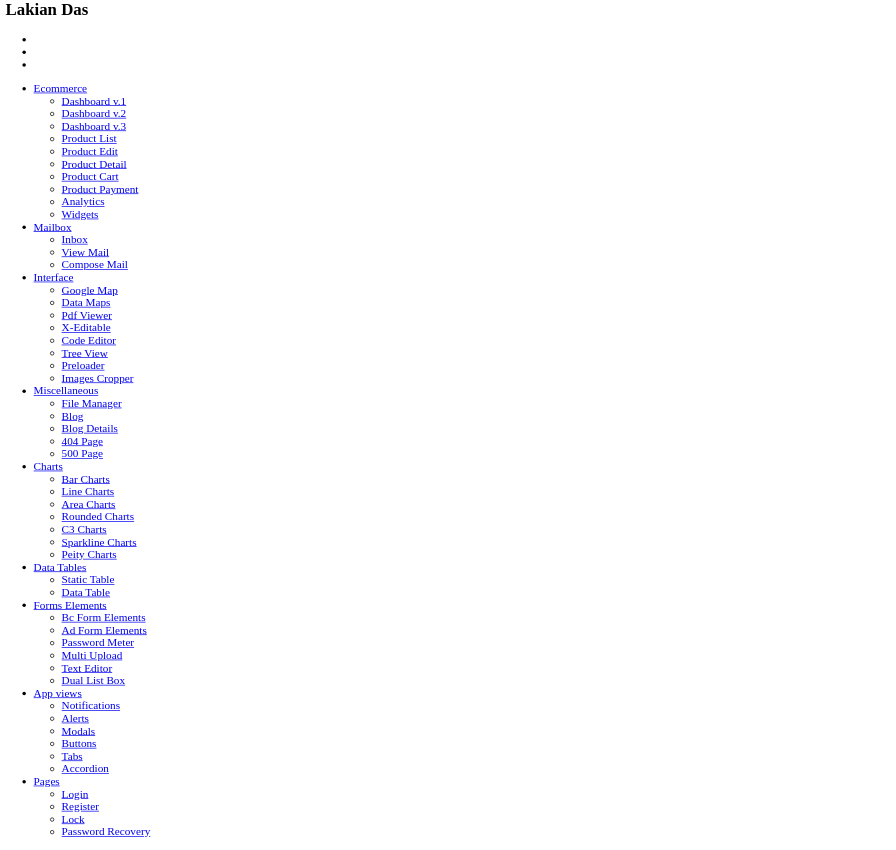
Repository: YJ-S2/2019-FaceAPI
Page: test1-master/web/123/WebContent/ex.html
An editor plug-in stored every save of this project. The page is shown before and after the next save, followed by the edit.
The browser window is 1280 px wide. The pictures show the part of the page from y = 395 to 2295 px (the page is 1609 px tall before and 3250 px after), at 70% of full size.
A picture or video elsewhere on the page could not be fetched, so the positions and the page height are approximate.

Above is the page before, as saved 2019-08-07 02:27:54.

After the next save:
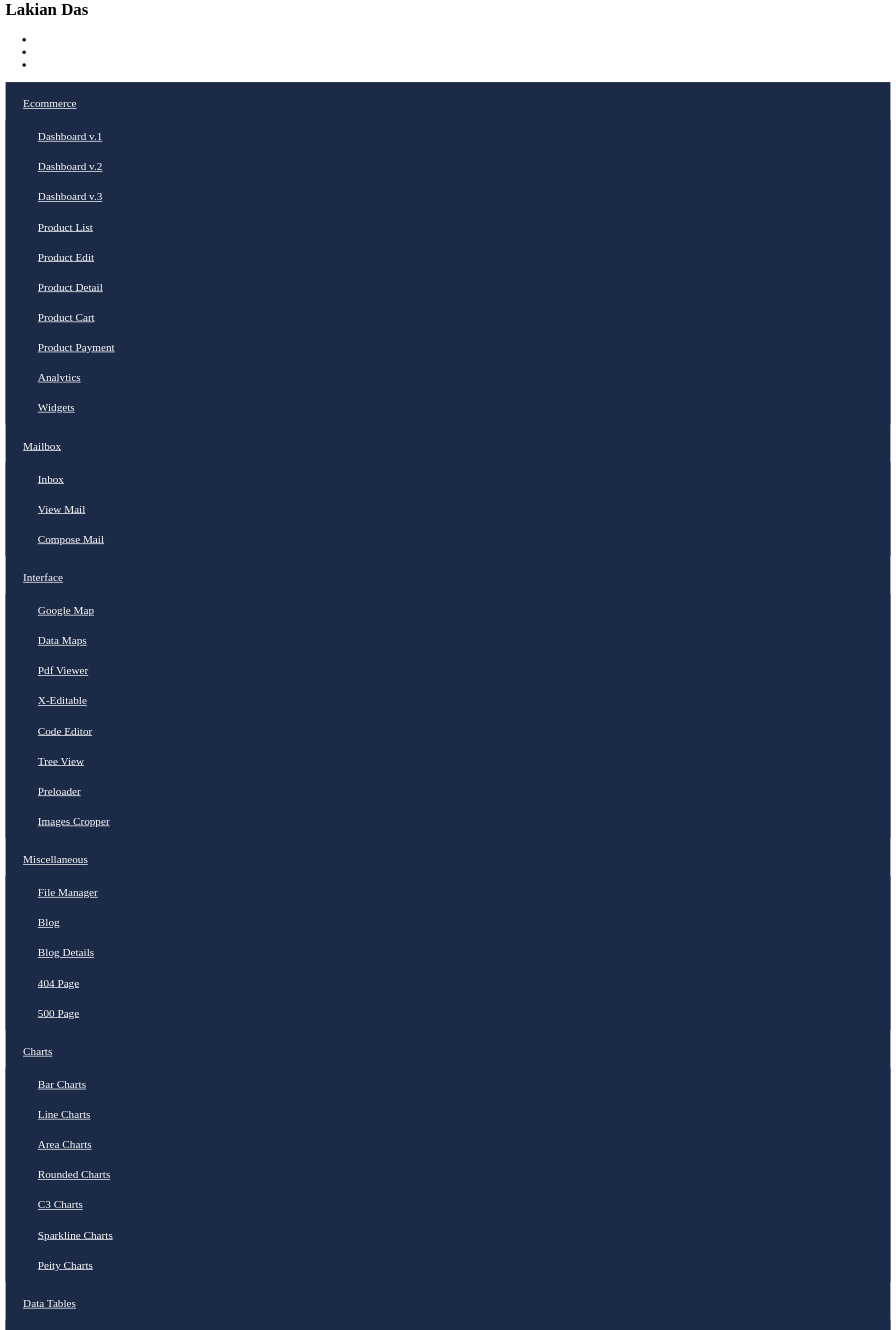
Saved 3 min 44 s later.
--- a/test1-master/web/123/WebContent/ex.html
+++ b/test1-master/web/123/WebContent/ex.html
@@ -20,6 +20,95 @@
 		display:none;
 	}
 }
+.sidebar-nav {
+    background: #fff;
+}
+.sidebar-nav ul {
+    padding: 0;
+    margin: 0;
+    list-style: none;
+    background: #1b2a47;
+}
+
+.sidebar-nav .metismenu {
+    background: #1b2a47;
+    display: -webkit-box;
+    display: -ms-flexbox;
+    display: flex;
+    -webkit-box-orient: vertical;
+    -webkit-box-direction: normal;
+    -ms-flex-direction: column;
+    flex-direction: column;
+}
+
+.sidebar-nav .metismenu li + li {
+  margin-top: 5px;
+}
+
+.sidebar-nav .metismenu li:first-child {
+  margin-top: 5px;
+}
+.sidebar-nav .metismenu li:last-child {
+  margin-bottom: 5px;
+}
+
+
+.sidebar-nav .metismenu > li {
+/*    -webkit-box-flex: 1;
+    -ms-flex: 1 1 0%;
+    flex: 1 1 0%;*/
+    display: -webkit-box;
+    display: -ms-flexbox;
+    display: flex;
+    -webkit-box-orient: vertical;
+    -webkit-box-direction: normal;
+    -ms-flex-direction: column;
+    flex-direction: column;
+    position: relative;
+}
+.sidebar-nav .metismenu a {
+    position: relative;
+    display: block;
+    padding: 13px 15px;
+    color: #fff;
+    outline-width: 0;
+    transition: all .3s ease-out;
+	font-size:16px;
+}
+
+.sidebar-nav .metismenu ul a {
+    padding: 10px 15px 10px 46px;
+}
+
+.sidebar-nav .metismenu ul ul a {
+    padding: 10px 15px 10px 45px;
+}
+
+.sidebar-nav .metismenu a:hover,
+.sidebar-nav .metismenu a:focus,
+.sidebar-nav .metismenu a:active {
+    color: #f8f9fa;
+    text-decoration: none;
+    background: #152036;
+}
+.sidebar-nav .metismenu li .icon-wrap{
+	margin-right:10px;
+	font-size:20px;
+}
+.sidebar-nav .metismenu li .sub-icon-mg{
+	margin-right:5px;
+	font-size:16px;
+}
+#sidebar.active .metismenu li .mini-click-non{
+	display:none;
+}
+#sidebar.active .metismenu li .has-arrow:after{
+	display:none;
+}
+#sidebar.active .metismenu li .submenu-angle li a {
+    padding: 10px 10px 10px 10px;
+}
+
 </style>
 </head>
 <body>
